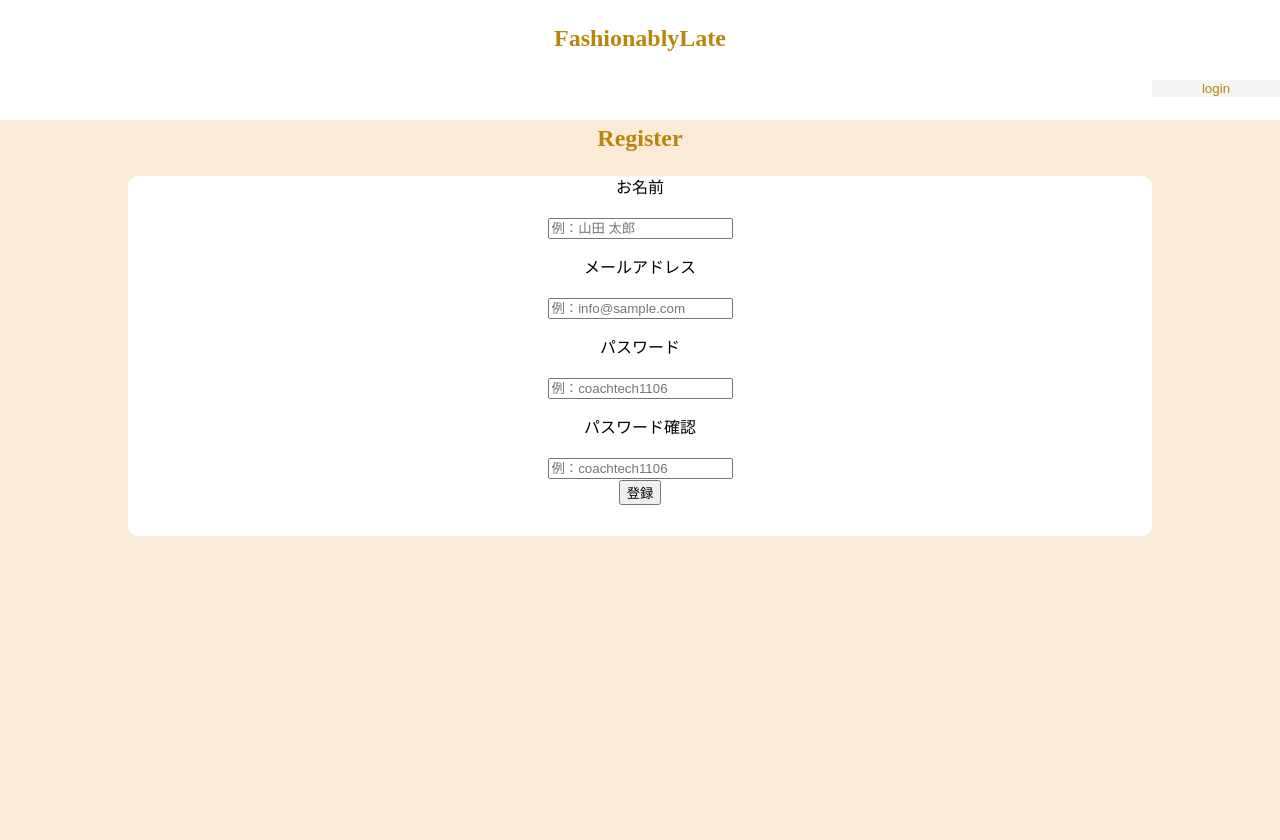
Repository: tokisiro/test-form
Page: http://localhost/register
These files come from the project's save history. The page is drawn as it stood at one moment and after the next save; the edit follows.
The browser window is 1280 px wide. The pictures show the whole page.
The page is served by the project's Laravel application, run on PHP 8.4 with Laravel 8. A made-up administrator, Test User (test@example.com), is signed in.

Above is the page before, as saved 2025-05-07 20:47:49.

After the next save:
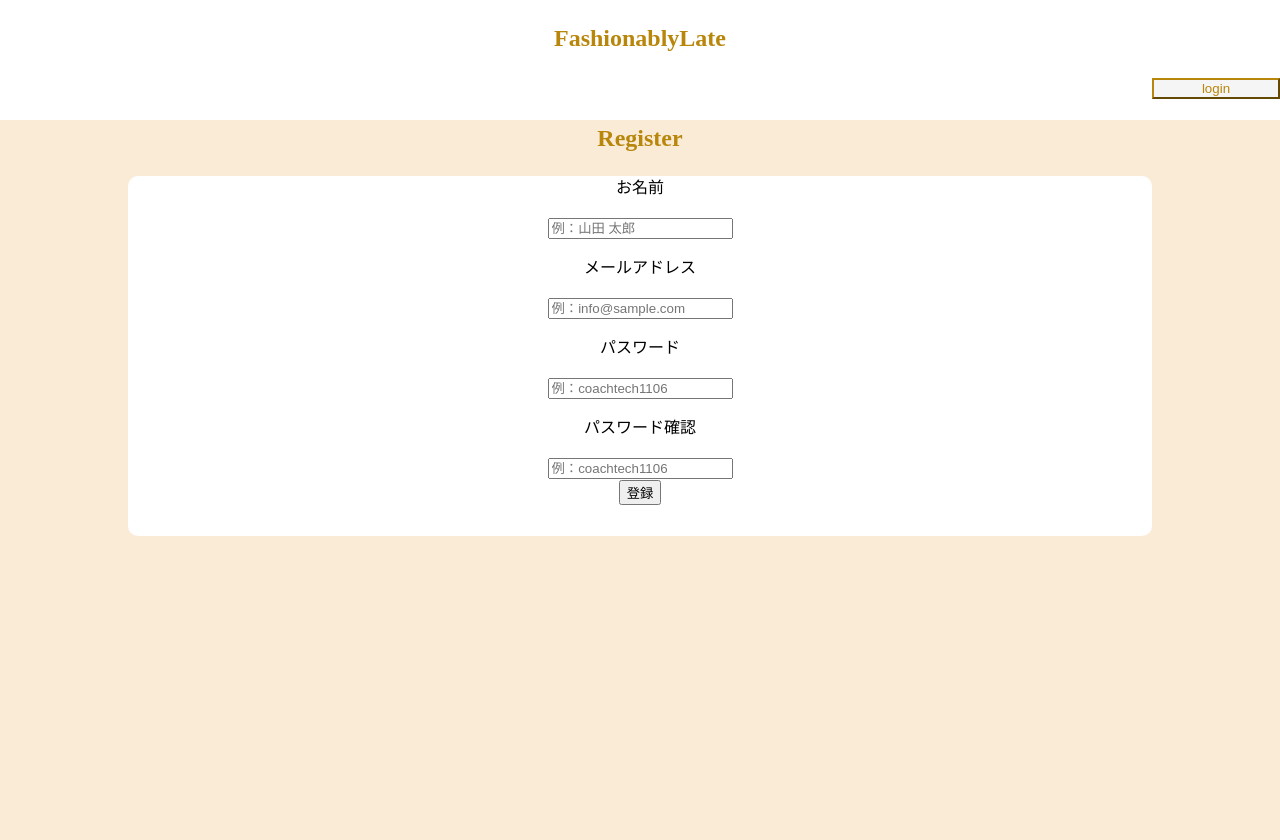
Saved 12 s later.
--- a/src/public/css/register.css
+++ b/src/public/css/register.css
@@ -28,7 +28,7 @@
 .header__button-item{
     color: #B8860B;
     background-color: whitesmoke;
-    border: 1px;
+
     border-color: #B8860B;
     width: 10%;
     cursor: pointer;

After the 5 saves that followed:
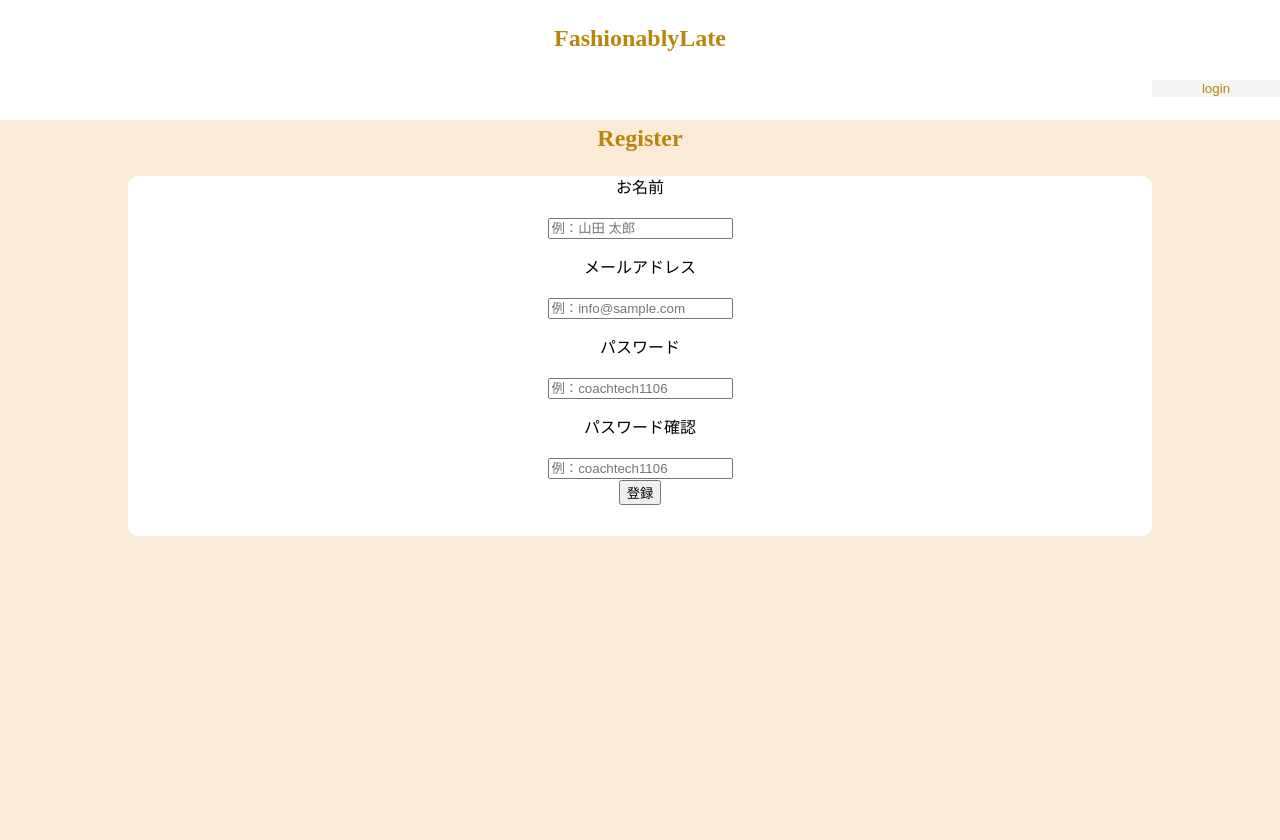
The 5 saves are shown as one change because 1 left the picture as it was and some came seconds apart.
The last was saved 23 s later.
--- a/src/public/css/register.css
+++ b/src/public/css/register.css
@@ -28,7 +28,7 @@
 .header__button-item{
     color: #B8860B;
     background-color: whitesmoke;
-
+    border: 5px;
     border-color: #B8860B;
     width: 10%;
     cursor: pointer;
